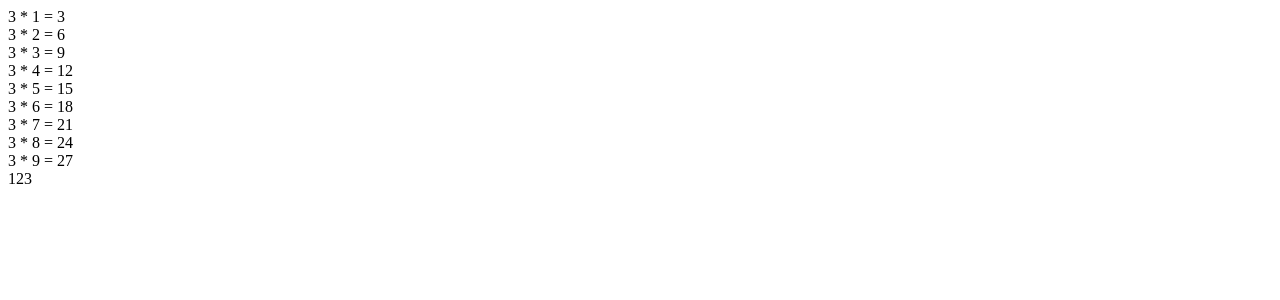
Repository: HmDol/Spring_study
Page: http://localhost/project1/jspfunc.jsp
These files come from the project's save history. The page is drawn as it stood at one moment and after a run of saves; the edit follows.
The browser window is 1280 px wide. The pictures show the whole page.
The page is served by Tomcat 10.

Above is the page before, as saved 2023-09-06 02:02:56.

After the next 2 saves:
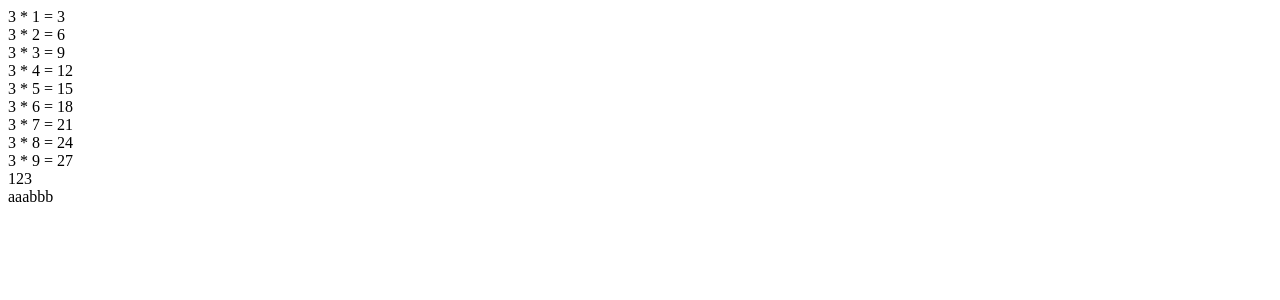
The 2 saves are shown as one change because they came seconds apart.
The last was saved 2 min 41 s later.
--- a/project1/src/main/webapp/jspfunc.jsp
+++ b/project1/src/main/webapp/jspfunc.jsp
@@ -18,7 +18,8 @@ const add = (a,b) => {
 }
 //함수 호출
 gugu(3);
-document.write(add(100,23));
+document.write(add(100,23)+"<br>");
+document.write(add("aaa","bbb"));
 </script>
 <body>
 
